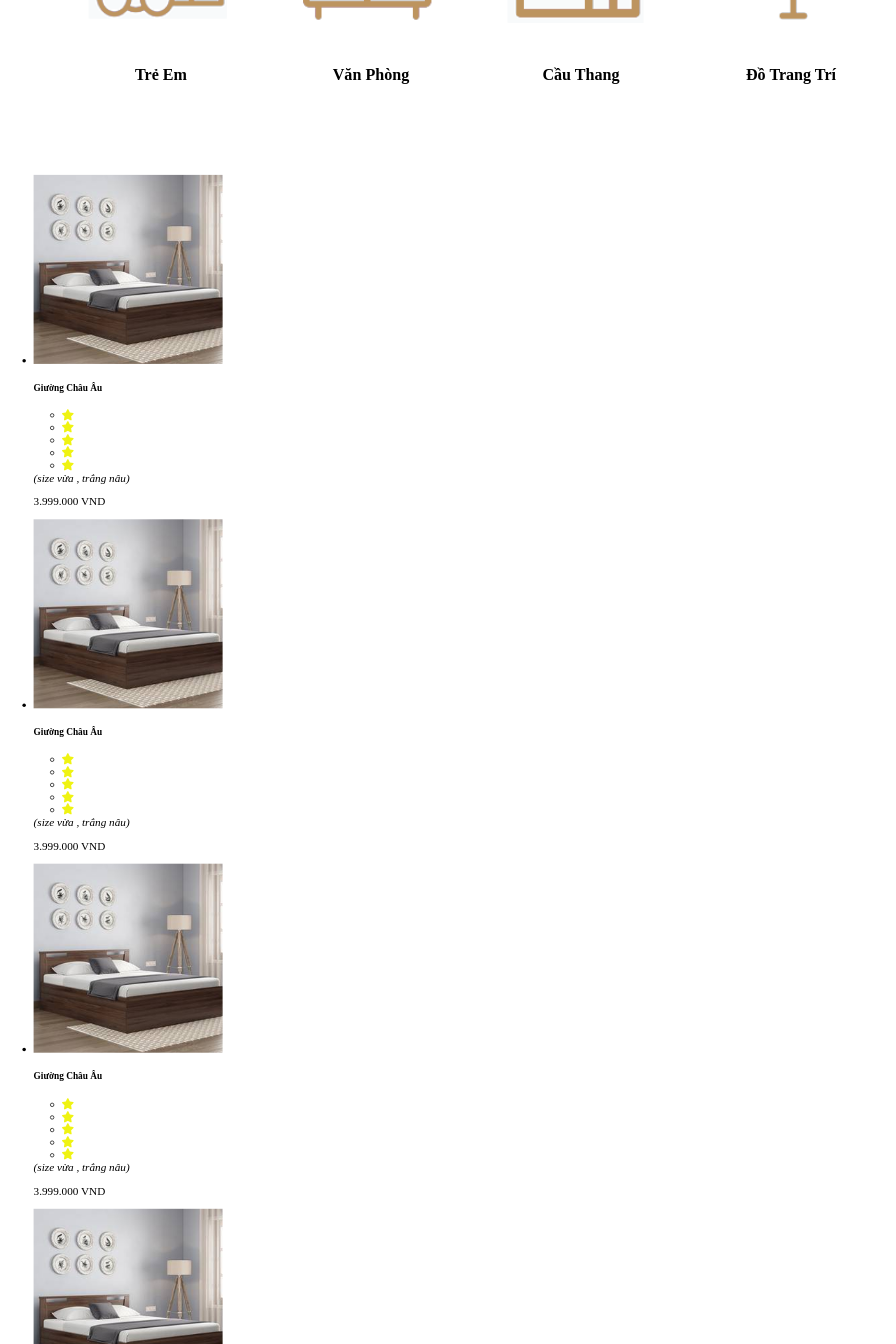
Repository: LDDUNG2003/front_end
Page: index.html
An editor plug-in stored every save of this project. The page is shown before and after the next save, followed by the edit.
The browser window is 1280 px wide. The pictures show the part of the page from y = 1217 to 3137 px (the page is 3436 px tall before and 3487 px after), at 70% of full size.
Some web libraries are served in a nearby version.

Above is the page before, as saved 2023-08-28 22:53:53.

### index.html
<!DOCTYPE html>
<html lang="en">

<head>
    <meta charset="UTF-8">
    <meta name="viewport" content="width=device-width, initial-scale=1.0">
    <title>Document</title>
    <link rel="stylesheet" href="./public/css/base.css">
    <link rel="stylesheet" href="./public/css/home.css">
    <script src="https://kit.fontawesome.com/9ffed7d99e.js" crossorigin="anonymous"></script>
</head>

<body>
    <div class="main">
        <div class="header">
            <div class="navBar">
                <img src="./public/img/logo.png" alt="logo" class="logo">
                <ul class="navBar__list">
                    <li class="navBar__list-item"><a href="" class="navBar__list--link">trang chủ</a></li>
                    <li class="navBar__list-item">
                        <a href="" class="navBar__list--link">giới thiệu</a>
                    </li>
                    <li class="navBar__list-item">
                        <a href="" class="navBar__list--link">sản phẩm</a>
                    </li>
                    <li class="navBar__list-item">
                        <a href="" class="navBar__list--link">đối tác</a>
                    </li>
                    <li class="navBar__list-item">
                        <a href="" class="navBar__list--link">tin tức</a>
                    </li>
                    <li class="navBar__list-item">
                        <a href="" class="navBar__list--link">liên hệ</a>
                    </li>
                </ul>
            </div>
        </div>
        <div class="content">
            <div class="content__banner">
                <div class="content--list-image">
                    <img class="content--image" src="./public/img/banner.png" alt="">
                </div>
                <div class="banner--content">
                    <h2 class="banner--content-text-title">THẾ GIỚI NỘI THẤT SỐ 1 VIỆT NAM</h2>
                    <h2 class="banner--content-text-title" style="color: var(--primary-color)">hoàng hoan</h2>
                    <p class="banner--content-text">Sứ mệnh của chúng tôi là kết hợp hài hòa giữa ý tưởng và mong muốn của khách hàng, đem lại những phút giây thư giãn tuyệt vời bên gia đình và những người thân yêu.</p>
                    <button class="banner--button">LIÊN HỆ NGAY</button>
                </div>
            </div>
            <div class="content__focut">
                <ul class="focut--list">
                    <li class="focut--item">
                        <img src="./public/img/product/icon-phong-khach.png" alt="" class="focut--img">
                        <h6 class="focut--text">Phòng khách</h6>
                    </li>
                    <li class="focut--item">
                        <img src="./public/img/product/icon-phong-ngu.png" alt="" class="focut--img">
                        <h6 class="focut--text">Phòng Ngủ</h6>
                    </li>
                    <li class="focut--item">
                        <img src="./public/img/product/icon-phong-bep.png" alt="" class="focut--img">
                        <h6 class="focut--text">Phòng Bếp</h6>
                    </li>
                    <li class="focut--item">
                        <img src="./public/img/product/icon-phong-tam.png" alt="" class="focut--img">
                        <h6 class="focut--text">Phòng Tắm</h6>
                    </li>
                    <li class="focut--item">
                        <img src="./public/img/product/icon-tre-em.png" alt="" class="focut--img">
                        <h6 class="focut--text">Trẻ Em</h6>
                    </li>
                    <li class="focut--item">
                        <img src="./public/img/product/icon-van-phong.png" alt="" class="focut--img">
                        <h6 class="focut--text">Văn Phòng</h6>
                    </li>
                    <li class="focut--item">
                        <img src="./public/img/product/icon-cau-thang.png" alt="" class="focut--img">
                        <h6 class="focut--text">Cầu Thang</h6>
                    </li>
                    <li class="focut--item">
                        <img src="./public/img/product/icon-do-trang-tri.png" alt="" class="focut--img">
                        <h6 class="focut--text">Đồ Trang Trí</h6>
                    </li>
                </ul>
            </div>
            <div class="content__featured">
                <ul class="featured--list">
                    <li class="featured">
                        <img src="./public/img/featured/giuong-ngu.png" alt="" class="featured--img">
                        <div class="featured--content">
                            <h5 class="featured-name">Giường Châu Âu</h5>
                            <ul class="evaluate--list">
                                <li><i class="fa-solid fa-star" style="color: #eff312;"></i></li>
                                <li><i class="fa-solid fa-star" style="color: #eff312;"></i></li>
                                <li><i class="fa-solid fa-star" style="color: #eff312;"></i></li>
                                <li><i class="fa-solid fa-star" style="color: #eff312;"></i></li>
                                <li><i class="fa-solid fa-star" style="color: #eff312;"></i></li>
                            </ul>
                            <i class="note-product">(size vừa , trắng nâu)</i>
                            <p class="price-product">3.999.000 VND</p>
                        </div>
                    </li>
                    <li class="featured">
                        <img src="./public/img/featured/giuong-ngu.png" alt="" class="featured--img">
                        <div class="featured--content">
                            <h5 class="featured-name">Giường Châu Âu</h5>
                            <ul class="evaluate--list">
                                <li><i class="fa-solid fa-star" style="color: #eff312;"></i></li>
                                <li><i class="fa-solid fa-star" style="color: #eff312;"></i></li>
                                <li><i class="fa-solid fa-star" style="color: #eff312;"></i></li>
                                <li><i class="fa-solid fa-star" style="color: #eff312;"></i></li>
                                <li><i class="fa-solid fa-star" style="color: #eff312;"></i></li>
                            </ul>
                            <i class="note-product">(size vừa , trắng nâu)</i>
                            <p class="price-product">3.999.000 VND</p>
                        </div>
                    </li>
                    <li class="featured">
                        <img src="./public/img/featured/giuong-ngu.png" alt="" class="featured--img">
                        <div class="featured--content">
                            <h5 class="featured-name">Giường Châu Âu</h5>
                            <ul class="evaluate--list">
                                <li><i class="fa-solid fa-star" style="color: #eff312;"></i></li>
                                <li><i class="fa-solid fa-star" style="color: #eff312;"></i></li>
                                <li><i class="fa-solid fa-star" style="color: #eff312;"></i></li>
                                <li><i class="fa-solid fa-star" style="color: #eff312;"></i></li>
                                <li><i class="fa-solid fa-star" style="color: #eff312;"></i></li>
                            </ul>
                            <i class="note-product">(size vừa , trắng nâu)</i>
                            <p class="price-product">3.999.000 VND</p>
                        </div>
                    </li>
                    <li class="featured">
                        <img src="./public/img/featured/giuong-ngu.png" alt="" class="featured--img">
                        <div class="featured--content">
                            <h5 class="featured-name">Giường Châu Âu</h5>
                            <ul class="evaluate--list">
                                <li><i class="fa-solid fa-star" style="color: #eff312;"></i></li>
                                <li><i class="fa-solid fa-star" style="color: #eff312;"></i></li>
                                <li><i class="fa-solid fa-star" style="color: #eff312;"></i></li>
                                <li><i class="fa-solid fa-star" style="color: #eff312;"></i></li>
                                <li><i class="fa-solid fa-star" style="color: #eff312;"></i></li>
                            </ul>
                            <i class="note-product">(size vừa , trắng nâu)</i>
                            <p class="price-product">3.999.000 VND</p>
                        </div>
                    </li>
                </ul>
            </div>
        </div>
        <div class="footer"></div>
</body>

</html>

### public/css/base.css
:root {
    --primary-color: #bd945f;
    --text-color: #222222;
}


/* font setting */

@font-face {
    font-family: "gotham-family";
    src: url(../front/Gotham-Medium.otf);
    font-family: "gotham-linear";
    src: url(../front/Gotham-Thin.otf);
    font-family: "gotham-utral";
    src: url(../front/Gotham-Ultra.otf);
}

* {
    font-family: "gotham-family";
}

.main {
    width: 100%;
}

.header {
    padding: 10px 0px;
    margin: auto;
    width: 100%;
    max-width: 1200px;
}

.navBar {
    display: flex;
    width: 100%;
    justify-content: space-between;
}

.logo {
    height: 80px;
}

.navBar__list {
    display: flex;
    list-style: none;
    align-items: center;
}

.navBar__list-item {
    margin: 0 10px;
}

.navBar__list--link {
    text-transform: uppercase;
    font-size: 16px;
    color: var(--text-color);
    text-decoration: none;
}

### public/css/home.css
.content {
    width: 100%;
    max-width: 1500px;
    margin: auto;
}

.content__banner {
    width: 100%;
    position: relative;
}

.content--list-image {
    width: 100%;
    max-width: 1500px;
    margin: auto;
}

.content--image {
    width: 100%;
}

.banner--content {
    position: absolute;
    top: 10%;
    left: 15%;
}

.banner--content-text-title {
    text-transform: uppercase;
    font-family: 800;
    font-family: "gotham-utral";
    font-size: 25px;
}

.banner--content-text {
    font-size: 18px;
    color: var(--text-color);
    width: 420px;
}

.banner--button {
    padding: 20px;
    color: aliceblue;
    background-color: var(--primary-color);
    border: none;
    font-family: "gotham-utral";
    font-size: 18px;
    cursor: pointer;
}

.content__focut {
    position: relative;
    background-color: #ffffff;
    top: -60px;
    max-width: 1200px;
    width: 100%;
    margin: auto;
}

.focut--list {
    margin: auto;
    display: flex;
    width: 100%;
    list-style: none;
    flex-wrap: wrap;
}

.focut--item {
    width: 25%;
    text-align: center;
}

.focut--img {
    width: 100%;
}

.focut--text {
    text-align: center;
    font-size: 23px;
}

.content-heading {}

.content__featured {}

.featured--list {}

.featured {}

.featured--img {}

.featured--content {}

.featured-name {}

.evaluate--list {}

After the next save:
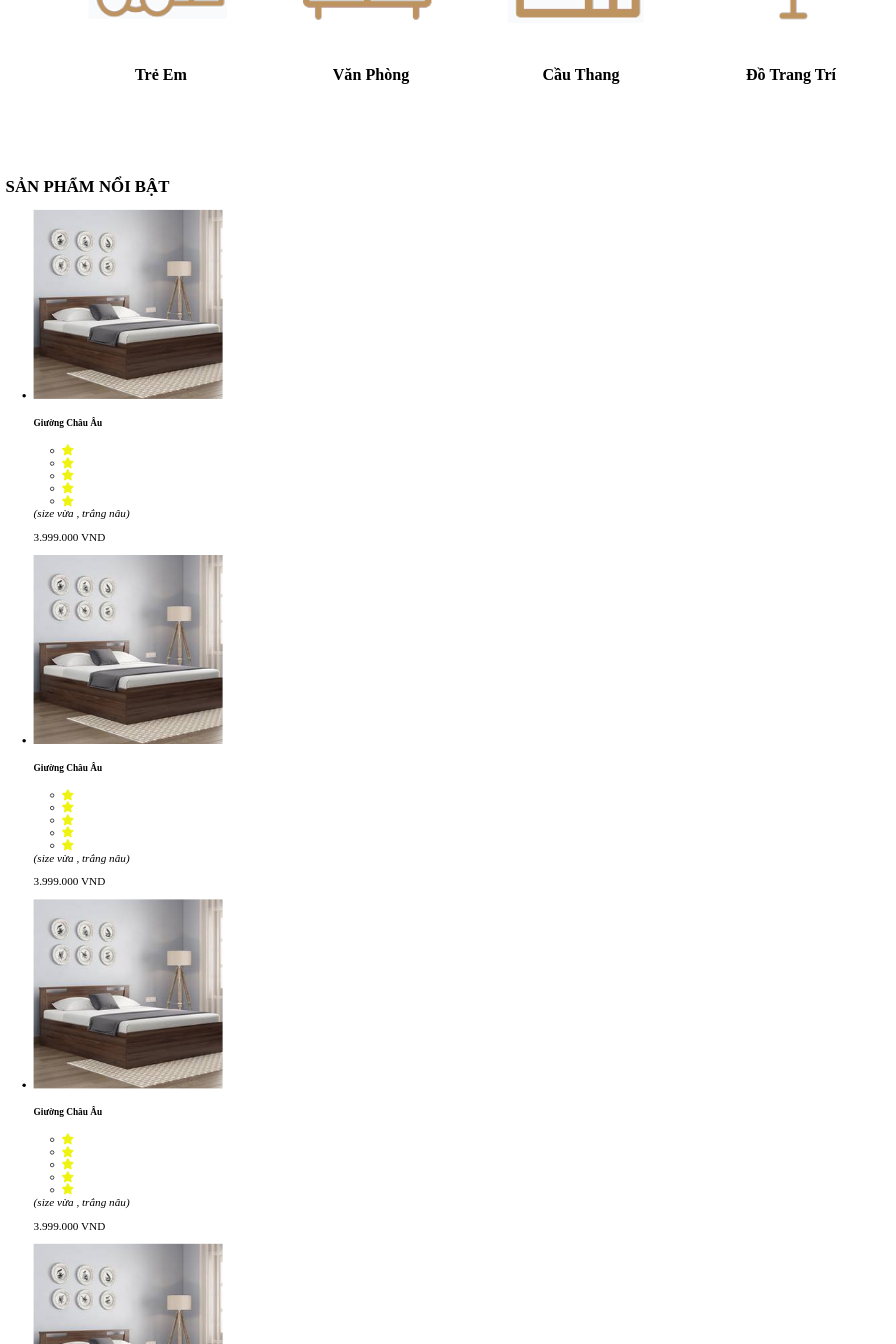
Saved 23 s later.
--- a/index.html
+++ b/index.html
@@ -84,6 +84,7 @@
                 </ul>
             </div>
             <div class="content__featured">
+                <h2 class="content--title">SẢN PHẨM NỔI BẬT</h2>
                 <ul class="featured--list">
                     <li class="featured">
                         <img src="./public/img/featured/giuong-ngu.png" alt="" class="featured--img">
